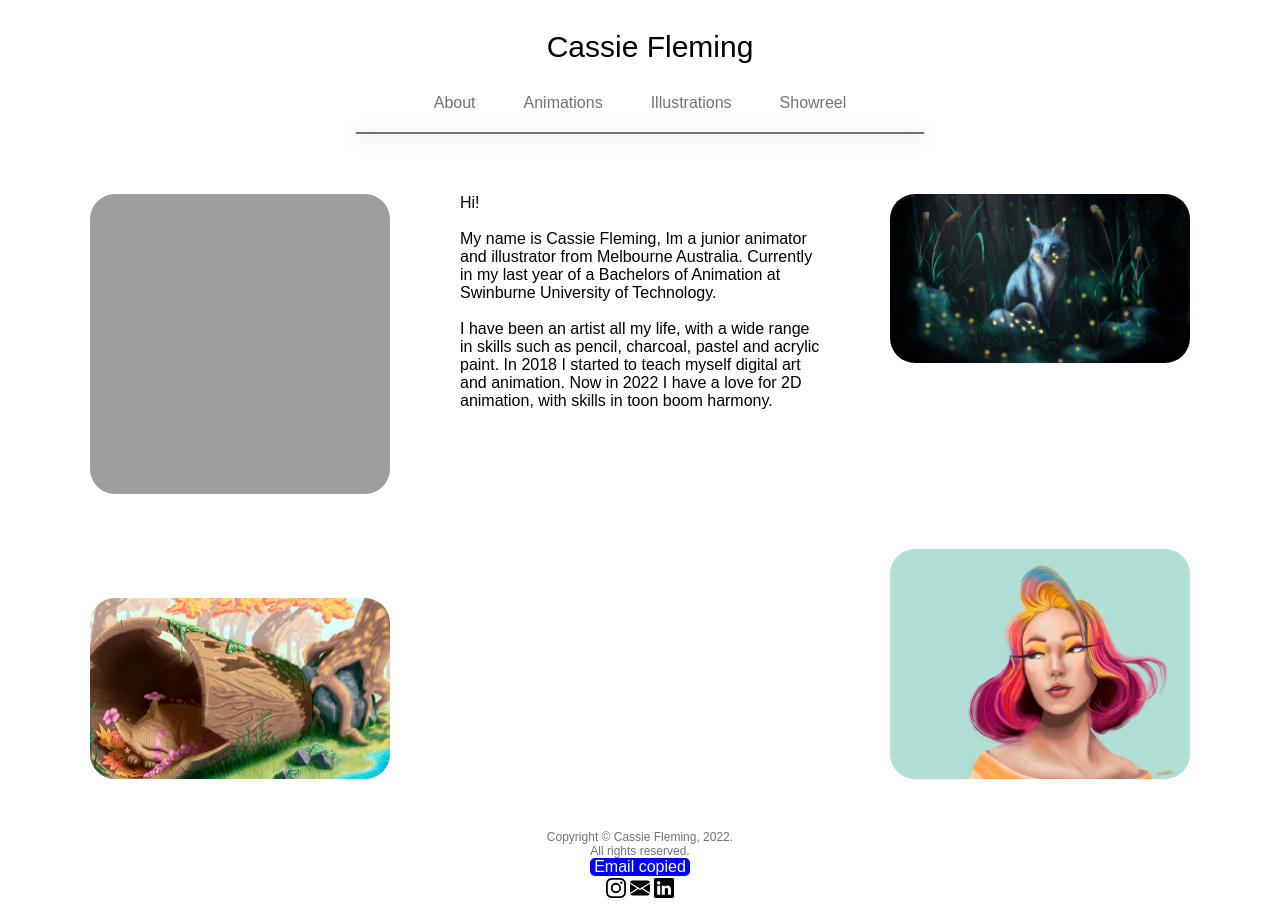
Repository: David-Waite/Cassie-Fleming-portfolio
Page: /
An editor plug-in stored every save of this project. The page is shown before and after a run of saves, followed by the edit.
The browser window is 1280 px wide. The pictures show the whole page.
Pictures or frames that could not be fetched are drawn as grey boxes. Some web fonts or font styles are not loaded; a fallback is used. The project was rebuilt for these pictures with package versions that can differ from the ones it lists, and the page was loaded fresh each time. The framework's server and built-in components were replaced by stand-ins that run in the browser. Also part of the build but not shown: next.config.js.

Above is the page before, as saved 2022-09-11 17:50:39.

After the next 3 saves:
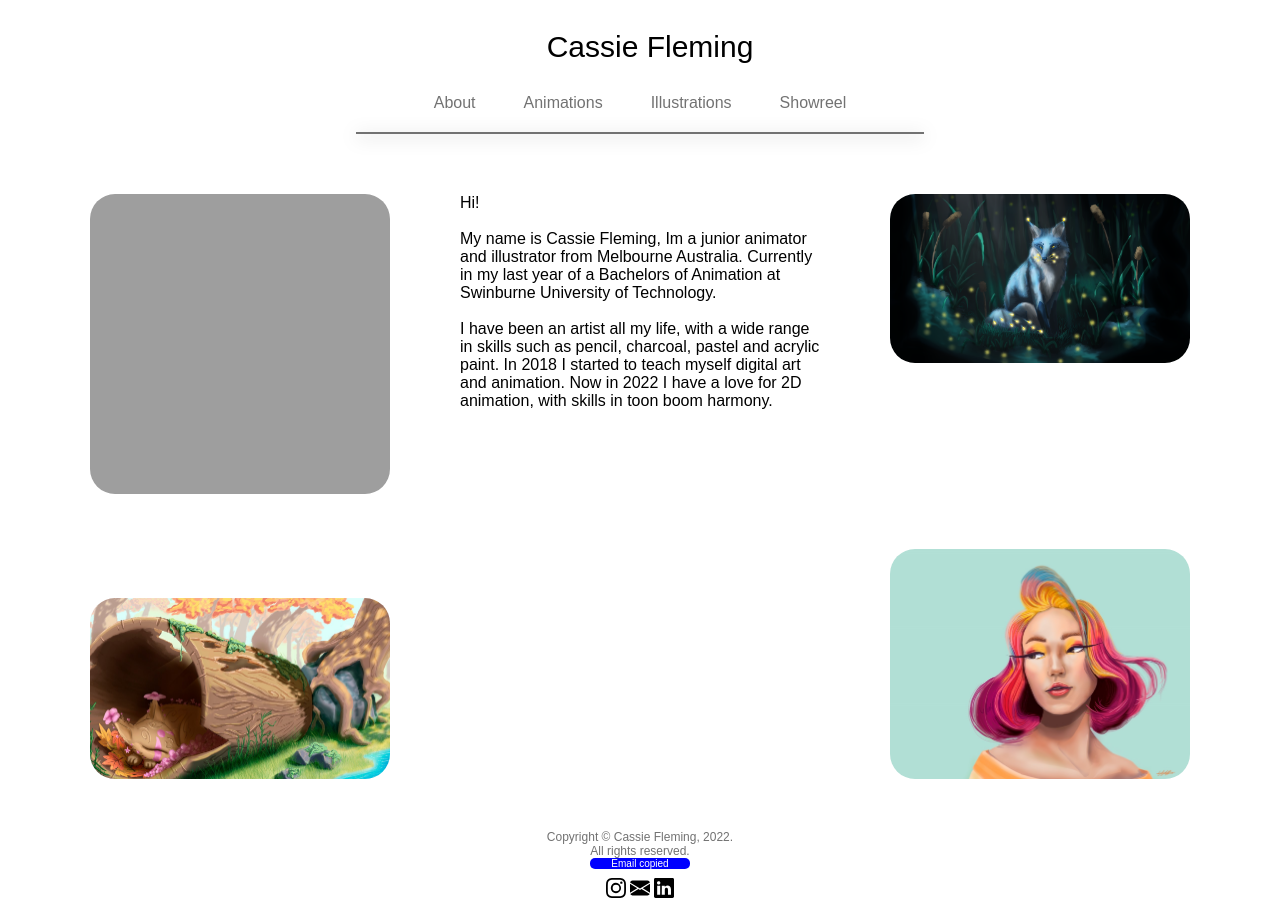
The 3 saves are shown as one change because they came seconds apart.
The last was saved 22 s later.
--- a/styles/globals.css
+++ b/styles/globals.css
@@ -103,7 +103,7 @@ footer {
 }
 .email span {
   position: absolute;
-  font-size: 16px;
+  font-size: 10px;
   width: 100px;
   text-align: center;
   left: -44px;
